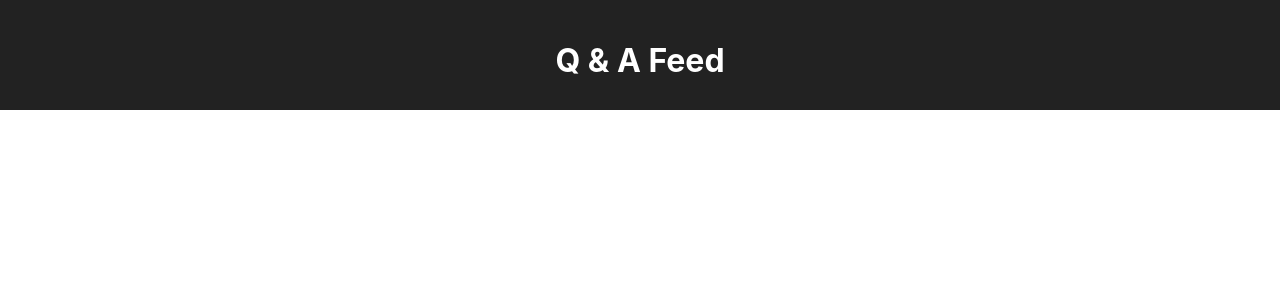
Repository: chasethesky79/stackoverflow
Page: /
These files come from the project's save history. The page is drawn as it stood at one moment and after the next save; the edit follows.
The browser window is 1280 px wide. The pictures show the whole page.
The project was rebuilt for these pictures with package versions that can differ from the ones it lists, and the page was loaded fresh each time. Also part of the build but not shown: src/App.css.

Above is the page before, as saved 2021-03-06 16:18:13.

After the next save:
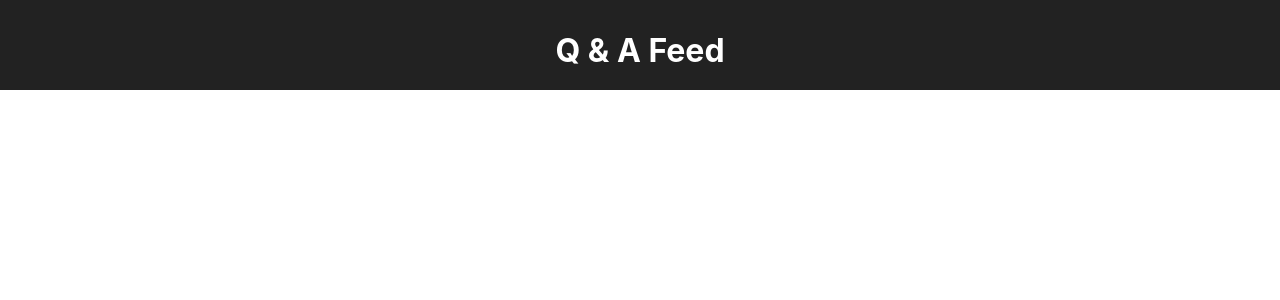
Saved 20 s later.
--- a/src/styled-components/styled-components.ts
+++ b/src/styled-components/styled-components.ts
@@ -18,7 +18,7 @@ export const HeaderWrapper = styled.header`
 text-align: center;
 background-color: #222;
 height: 70px;
-padding: 20px;
+padding: 10px;
 color: white;
 `
 
